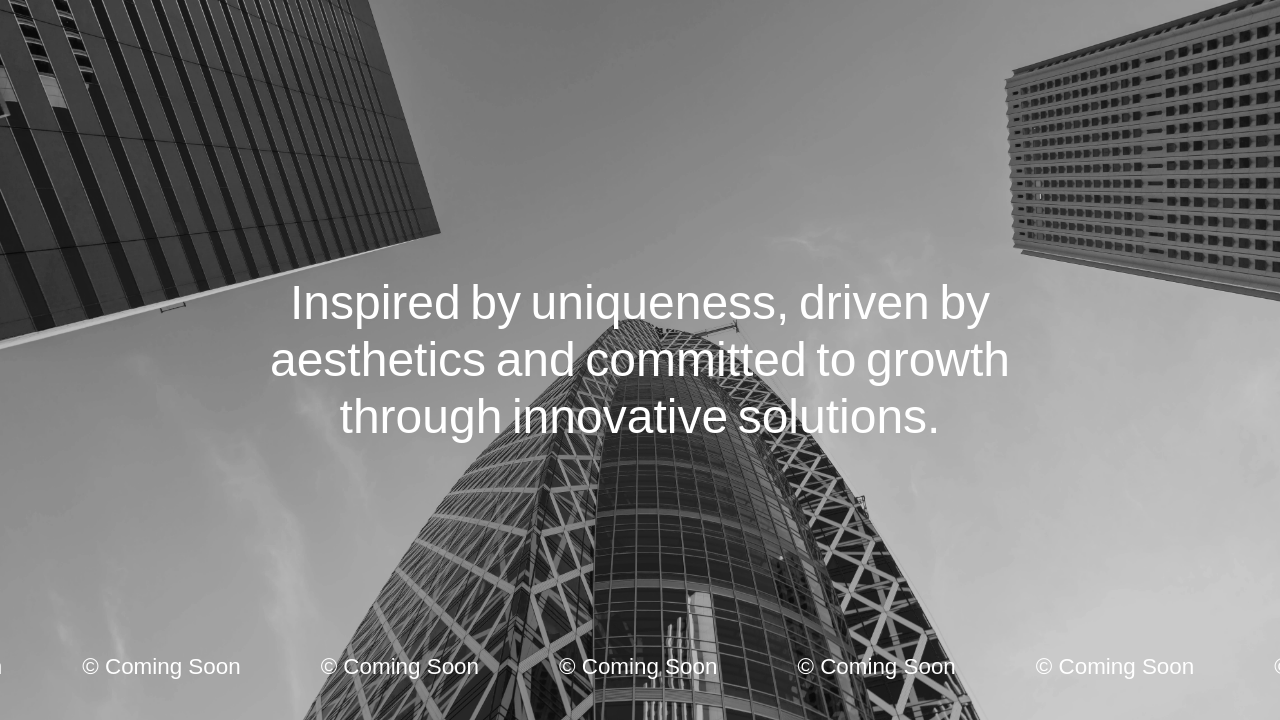
Repository: leswisss/comingsoon
Page: /
These files come from the project's save history. The page is drawn as it stood at one moment and after a run of saves; the edit follows.
The browser window is 1280 px wide. The pictures show the whole page.
Some web fonts or font styles are not loaded; a fallback is used. The project was rebuilt for these pictures with package versions that can differ from the ones it lists, and the page was loaded fresh each time. The framework's server and built-in components were replaced by stand-ins that run in the browser. Also part of the build but not shown: next.config.mjs.

Above is the page before, as saved 2024-06-16 16:01:29.

### app/layout.tsx
import type { Metadata } from "next";
import localFont from "next/font/local";
import "../styles/globals.scss";

const regular = localFont({
  src: "./SF-Pro-Display-Regular.ttf",
  display: "swap",
  variable: "--regular-font",
});

const medium = localFont({
  src: "./SF-Pro-Display-Medium.ttf",
  display: "swap",
  variable: "--medium-font",
});

const semibold = localFont({
  src: "./SF-Pro-Display-Semibold.ttf",
  display: "swap",
  variable: "--semibold-font",
});

const italic = localFont({
  src: "./BigCaslonFB-Italic.ttf",
  display: "swap",
  variable: "--italic-font",
});

export const metadata: Metadata = {
  title: "Better Marque - Branding Agency",
  description: "Generated by create next app",
};

export default function RootLayout({
  children,
}: Readonly<{
  children: React.ReactNode;
}>) {
  return (
    <html lang="en">
      <body
        className={`${italic.variable} ${regular.variable} ${medium.variable} ${semibold.variable}`}
      >
        {children}
      </body>
    </html>
  );
}

### app/page.tsx
import { HomePageWrapper } from "@/components";

export default function Home() {
  return (
    <main>
      <HomePageWrapper/>
    </main>
  );
}

### styles/globals.scss
/*=============== VARIABLES SCSS ===============*/
:root {
  --header-height: 6rem;
  --white: white;
  --black: black;
  --grey: #535353;


  /*========== Font and typography ==========*/
  /*.5rem = 8px | 1rem = 16px ...*/
  // --body-font: 'Montserrat', sans-serif;

  --h1-font-size: 3rem;
  --h2-font-size: 2rem;
  --normal-font-size: 1rem;
  --small-font-size: .94rem;
}

/* Responsive typography */
@media screen and (max-width: 1088px) {
  :root {
    --h1-font-size: 2.75rem;
    --h2-font-size: 1.8rem;
    --normal-font-size: 0.96rem;
    --small-font-size: .90rem;
  }
}

@media screen and (max-width: 628px) {
  :root {
    --h1-font-size: 2.5rem;
    --h2-font-size: 1.5rem;
    --normal-font-size: 0.92rem;
    --small-font-size: 0.85rem;
  }
}

/*=============== BASE ===============*/
* {
  box-sizing: border-box;
  padding: 0;
  margin: 0;
  scrollbar-width: none;

  &::-webkit-scrollbar{
    display: none;
  }

}

html {
  scroll-behavior: auto;
  height: auto;
}

body{
  font-family: var(--regular-font);
  font-size: var(--normal-font-size);
  background-color: black;
  color: var(--white);
}


ul {
  list-style: none;
}

a {
  text-decoration: none;
}

img {
  max-width: 100%;
  height: auto;
}


/*=============== REUSABLE CSS CLASSES ===============*/
.container {
  max-width: 1450px;
  margin: 0 auto;
}

.main {
  overflow: hidden;
}


@media screen and (max-width: 1450px) {
  .container {
    max-width: 100%;
    margin: 0 3rem;
  }
}


@media screen and (max-width: 1088px) {
  .container {
    max-width: 100%;
    margin: 0 2rem;
  }
}


@media screen and (max-width: 628px) {
  .container {
    max-width: 100%;
    margin: 0 1rem;
  }
}

### components/index.tsx
import HomePageWrapper from "./HomePageWrapper";
import HeroSection from "./HeroSection";

export {
  HomePageWrapper,
  HeroSection
}

### components/HomePageWrapper.tsx
import React from 'react'
import HeroSection from './HeroSection'

const HomePageWrapper = () => {
  return (
    <>
    <HeroSection />
    </>
  )
}

export default HomePageWrapper

### components/HeroSection.tsx
"use client";

import React, { useEffect, useRef } from "react";
import Marquee from "./Marquee";
import Image from "next/image";
import IMAGE from "../public/background.jpg";
import styles from "../styles/hero.module.scss";

const HeroSection = () => {
  const slogan =
    "Inspired by uniqueness, driven by aesthetics and committed to growth through innovative solutions.";
  const refs = useRef<HTMLSpanElement[]>([]);

  const splitwords = () => {
    let body: JSX.Element[] = [];
    slogan.split(" ").forEach((word, i) => {
      const cleanWord = word.replace(/[.,]/g, "");

      if (["uniqueness", "aesthetics", "growth"].includes(cleanWord)) {
        body.push(
          <p
            key={`word-${i}`}
            className={`${styles.word_wrapper} ${styles.italic}`}
          >
            <span
              className={styles.word}
              ref={(el) => {
                if (el) refs.current.push(el);
              }}
            >
              {word}
            </span>
          </p>
        );
      } else {
        body.push(
          <p key={`word-${i}`} className={styles.word_wrapper}>
            <span
              className={styles.word}
              ref={(el) => {
                if (el) refs.current.push(el);
              }}
            >
              {word}
            </span>
          </p>
        );
      }
    });

    return body;
  };


  return (
    <section className={styles.hero}>
      <div className={styles.hero_image}>
        <Image src={IMAGE} fill quality={100} alt="Better Marque" />
      </div>
      <div className={styles.text}>{splitwords()}</div>
      <div className={styles.marquee}>
        <Marquee />
      </div>
    </section>
  );
};

export default HeroSection;

### components/Marquee.tsx
"use client";

import React, {useRef} from 'react'
import gsap from 'gsap'
import { useGSAP } from '@gsap/react'
import styles from "../styles/marquee.module.scss"

const Marquee = () => {
  const firstRef = useRef(null);
  const secondRef = useRef(null);
  let xPercent = 0;
  let direction = -1

  useGSAP(() => {
    requestAnimationFrame(animation)
  })

  const animation = () => {
    gsap.set(firstRef.current, {xPercent: xPercent})
    gsap.set(secondRef.current, {xPercent: xPercent})
    xPercent += 0.05 * direction;
    requestAnimationFrame(animation)
  }

  return (
    <div className={styles.slider}>
      <div className={styles.coming__wrapper} ref ={firstRef}>
        <p className={styles.soon}>© Coming Soon</p>
        <p className={styles.soon}>© Coming Soon</p>
        <p className={styles.soon}>© Coming Soon</p>
        <p className={styles.soon}>© Coming Soon</p>
        <p className={styles.soon}>© Coming Soon</p>
        <p className={styles.soon}>© Coming Soon</p>
        <p className={styles.soon}>© Coming Soon</p>
        <p className={styles.soon}>© Coming Soon</p>
        <p className={styles.soon}>© Coming Soon</p>
        <p className={styles.soon}>© Coming Soon</p>
      </div>
      <div className={styles.coming__wrapper} ref ={secondRef}>
        <p className={styles.soon}>© Coming Soon</p>
        <p className={styles.soon}>© Coming Soon</p>
        <p className={styles.soon}>© Coming Soon</p>
        <p className={styles.soon}>© Coming Soon</p>
        <p className={styles.soon}>© Coming Soon</p>
        <p className={styles.soon}>© Coming Soon</p>
        <p className={styles.soon}>© Coming Soon</p>
        <p className={styles.soon}>© Coming Soon</p>
        <p className={styles.soon}>© Coming Soon</p>
        <p className={styles.soon}>© Coming Soon</p>
      </div>
    </div>
  )
}

export default Marquee

### styles/hero.module.scss
.hero{
  width: 100vw;
  height: 100vh;
  overflow: hidden;
  position: relative;
}

.hero_image{
  width: 100vw;
  height: 100vh;
  position: relative;

  img{
    object-fit: cover;
    filter: brightness(0.8);
  }
}

.text{
  position: absolute;
  color: white;
  z-index: 1;
  width: max-content;
  height: max-content;
  top: 50%;
  left: 50%;
  transform: translate(-50%, -50%);
  display: flex;
  flex-wrap: wrap;
  width: 55rem;
  text-align: center;
  justify-content: center;
  align-items: center;

  .word_wrapper{
    font-size: var(--h1-font-size);
    overflow: hidden;
    width: auto;
    height: 56.8px;
    padding: 0 0.3rem;

    &.italic{
      font-family: var(--italic-font);
    }

    .word{
      position: relative;
      top: 0%; // What i will be animating with gsap
    }
  }
}

.marquee{
  position: absolute;
  width: 100%;
  height: max-content;
  bottom: 2.5rem;
  left: 0;
  z-index: 1;
}

### styles/marquee.module.scss
.slider{
  position: relative;
  display: flex;
}

.coming__wrapper{
  display: flex;
  white-space: nowrap;
  flex-wrap: nowrap;

  .soon{
    margin-right: 5rem;
    font-size: calc(var(--h2-font-size) - 0.6rem);
    pointer-events: none;
  }
}

After the next 2 saves:
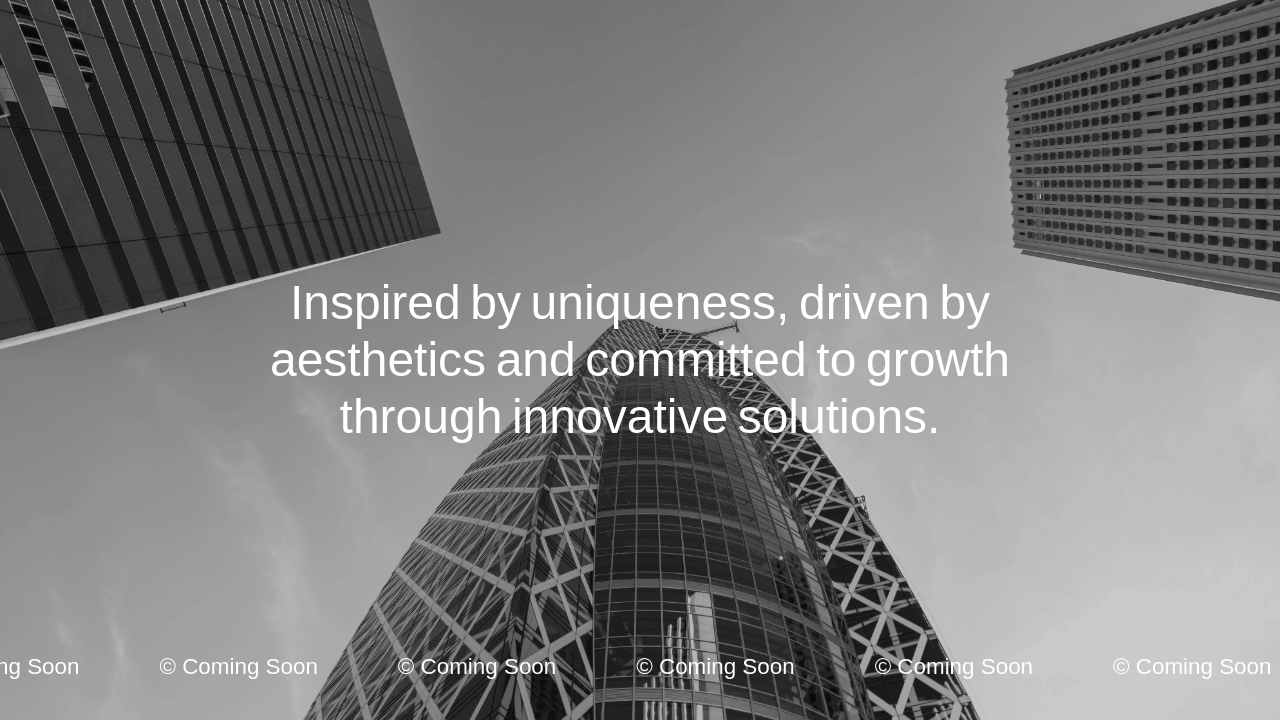
The 2 saves are shown as one change because they came seconds apart.
The last was saved 26 s later.
--- a/components/Marquee.tsx
+++ b/components/Marquee.tsx
@@ -18,7 +18,7 @@ const Marquee = () => {
   const animation = () => {
     gsap.set(firstRef.current, {xPercent: xPercent})
     gsap.set(secondRef.current, {xPercent: xPercent})
-    xPercent += 0.05 * direction;
+    xPercent += 0.01 * direction;
     requestAnimationFrame(animation)
   }
 
